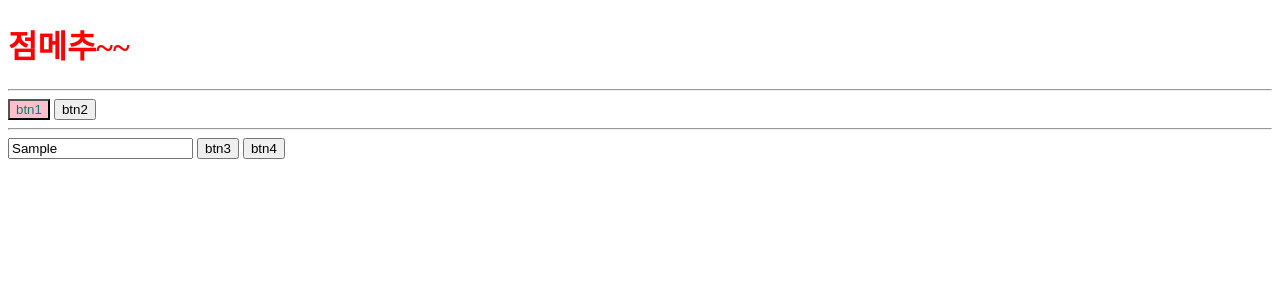
Repository: AgentHyun/FishDalle3
Page: Feb13_1_jQuery/WebContent/2_CSS.html
The author's editor kept a copy of each file at every save. The page is drawn from the files as they stood at one save, then again after the next save.
The browser window is 1280 px wide. The pictures show the whole page.
Empty fields were first filled with sample values (such as "Sample", 5 or name@example.com).
After loading, the first visible `#btn1` was clicked once.

Above is the page before, as saved 2025-02-13 03:15:35.

### Feb13_1_jQuery/WebContent/2_CSS.html
<!DOCTYPE html>
<html>
<head>
<meta charset="UTF-8">
<title>Insert title here</title>
<style type "text/css>
h1 {

color : red;
transition : all 0.5s ease-out;

}

</style>
<script type ="text/javascript" src ="jQuery.js"></script>
<script type ="text/javascript">
$(function(){
	// $("선택자").css("속성명", "값");
	$("#btn1").click(()=>{

		$("#btn1").css("color", "teal");
		$("#btn1").css("background-color", "pink");



	 });

	//btn2를 누르면 현재 h1의 글자색을 alert 창에 출력

	//btn3을 누르면 input에 입력한 값대로 h1의 글자크기가 바뀌도록

	//


});



</script>


</head>
<body>


<h1>점메추~~</h1>
<hr>
<button id = "btn1">btn1</button>
<button id = "btn2">btn2</button>
<hr>
<input id = "i">
<button id = "btn3">btn3</button>
<button id = "btn4">btn4</button>




</body>
</html>

Loaded but not shown: Feb13_1_jQuery/WebContent/jQuery.js (library)

After the next save:
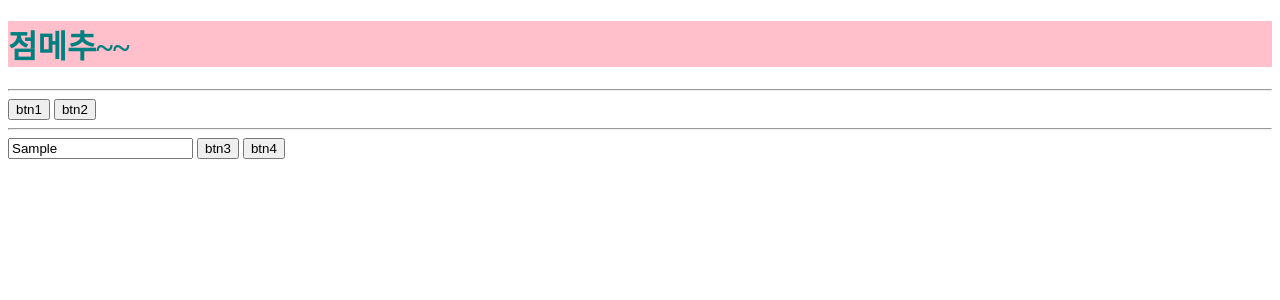
Saved 2 min 4 s later.
--- a/Feb13_1_jQuery/WebContent/2_CSS.html
+++ b/Feb13_1_jQuery/WebContent/2_CSS.html
@@ -18,18 +18,21 @@ $(function(){
 	// $("선택자").css("속성명", "값");
 	$("#btn1").click(()=>{
 
-		$("#btn1").css("color", "teal");
-		$("#btn1").css("background-color", "pink");
-
+		$("h1").css("color", "teal");
+		$("h1").css("background-color", "pink");
+        let color = ("teal");
 
 
 	 });
 
 	//btn2를 누르면 현재 h1의 글자색을 alert 창에 출력
 
+
+
+
 	//btn3을 누르면 input에 입력한 값대로 h1의 글자크기가 바뀌도록
 
-	//
+	//btn4를 누르면 input의 가로길이를 input에 값으로 출력
 
 
 });
